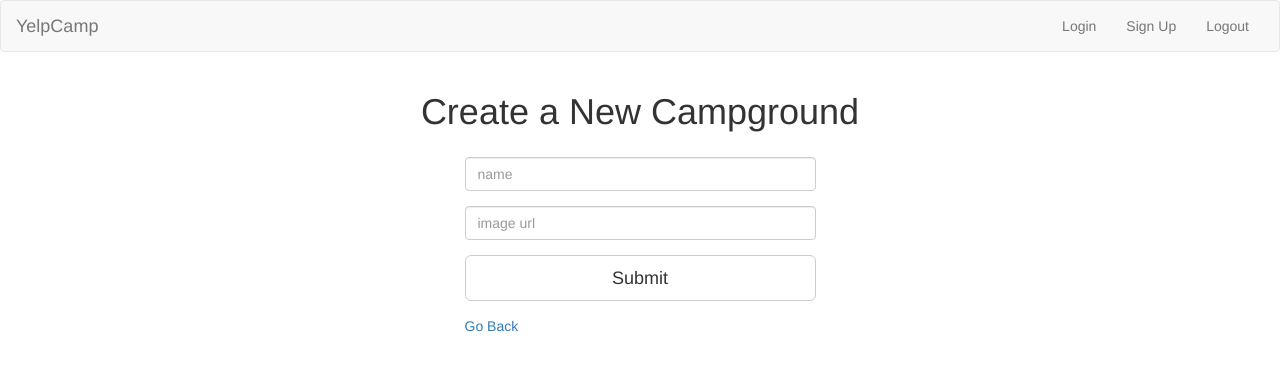
Repository: iceljc/web-development
Page: http://localhost/campgrounds/new
The author's editor kept a record of every edit. The page is drawn from the files as they stood at one moment, then again after the next edit.
The browser window is 1280 px wide. The pictures show the whole page.
The page is served by the project's Node server (YelpCamp/v1/app.js).

Above is the page before.

After the next edit:
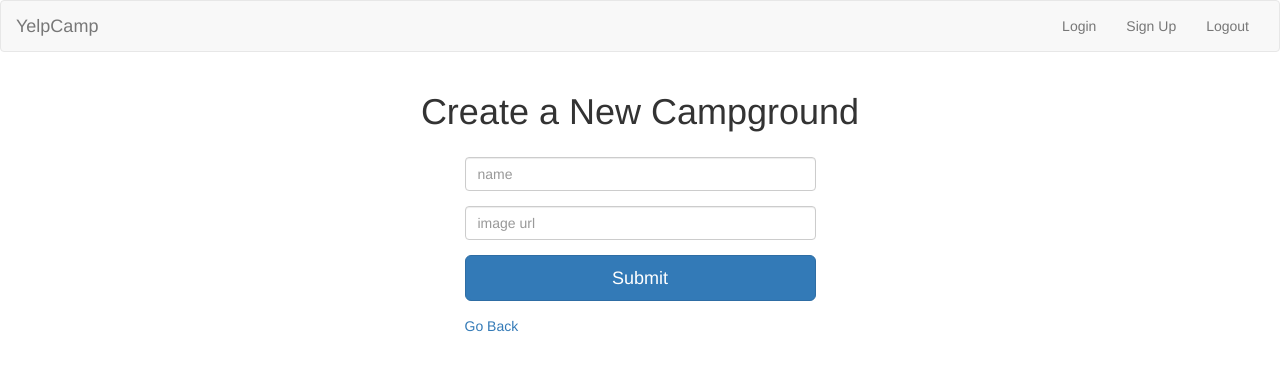
The edit:
--- a/YelpCamp/v1/views/new.ejs
+++ b/YelpCamp/v1/views/new.ejs
@@ -12,7 +12,7 @@
                     <input class="form-control" type="text" name="image" placeholder="image url">
                 </div>
                 <div class="form-group">
-                    <button class="btn btn-lg btn-default btn-block">Submit</button>
+                    <button class="btn btn-lg btn-primary btn-block">Submit</button>
                 </div>
             </form>
             <a href="/campgrounds">Go Back</a>
